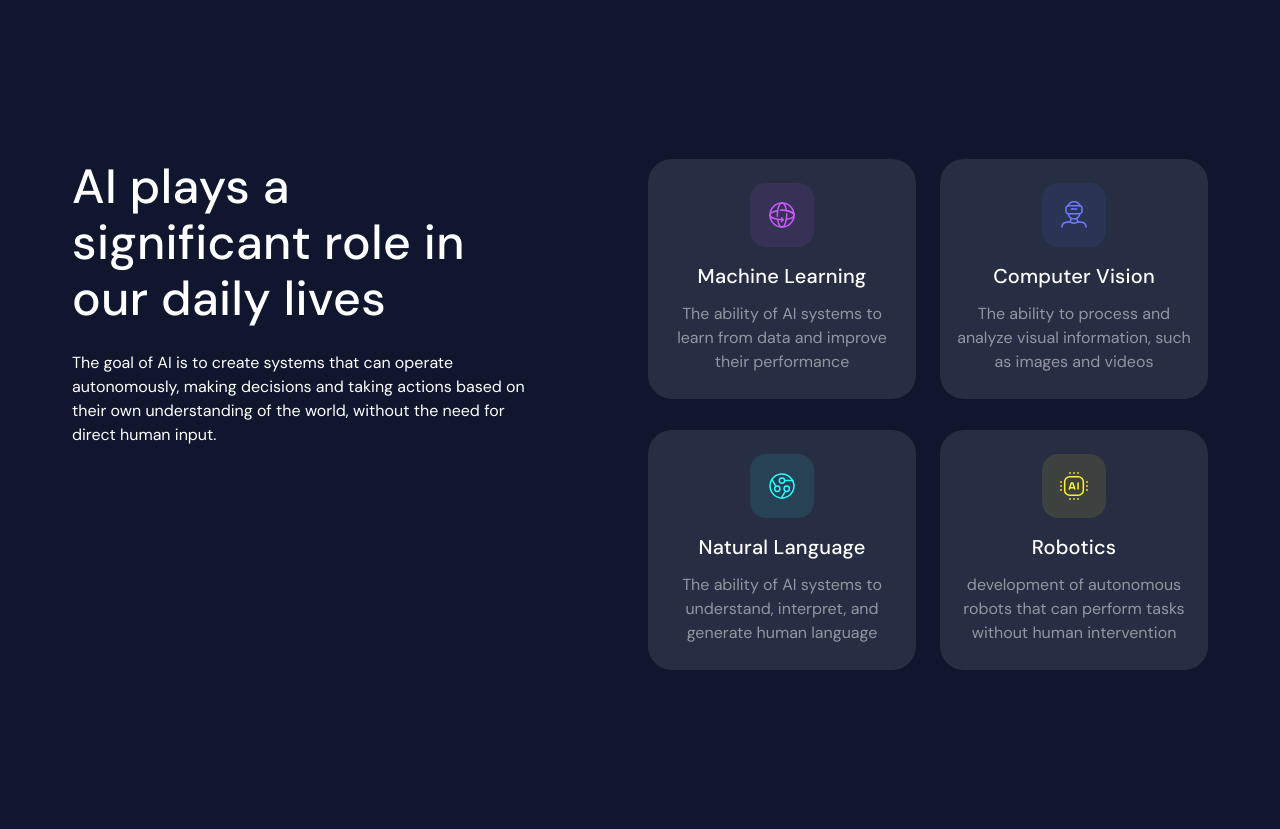
Repository: alphatra/INVO-Academy
Page: / (app in [lvl 1] Sekcja 4 obszarów AI/Starter-code/)
The author's editor kept a copy of each file at every save. The page is drawn from the files as they stood at one save, then again after the next save.
The browser window is 1280 px wide. The pictures show the whole page.
The project was rebuilt for these pictures with package versions that can differ from the ones it lists, and the page was loaded fresh each time.

Above is the page before, as saved 2023-03-24 17:41:59.

After the next save:
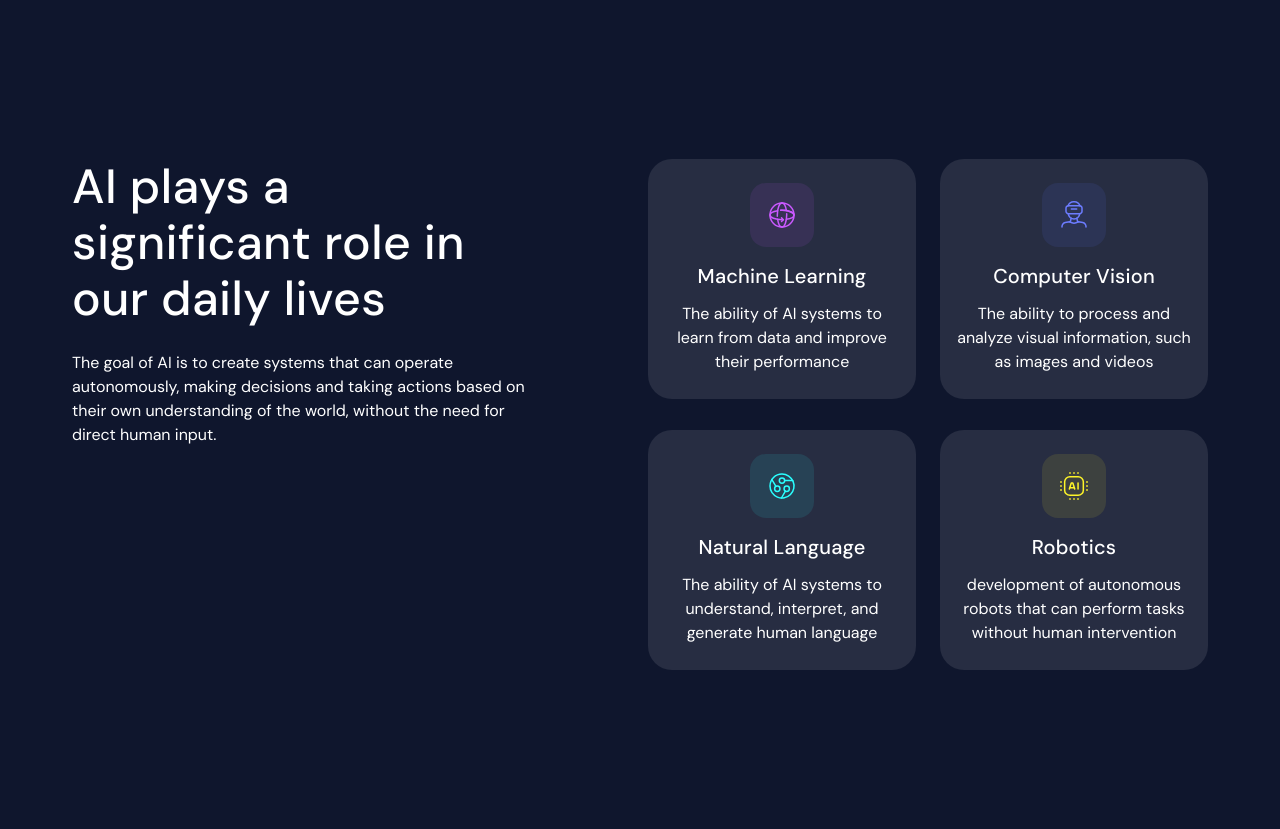
Saved 72 s later.
--- a/[lvl 1] Sekcja 4 obszarów AI/Starter-code/src/pages/home-page/styles/home-page.scss
+++ b/[lvl 1] Sekcja 4 obszarów AI/Starter-code/src/pages/home-page/styles/home-page.scss
@@ -15,7 +15,7 @@
     --font-style-main: normal;
     --gap: 109px;
     --margin: 159px auto;
-    --padding-hero: 0 16px;
+    --padding-block: 0 16px;
     --padding-category: 24px 0;
     --category-width: 268px;
     --category-height: 240px;
@@ -41,7 +41,7 @@ h1,p,span {
 .hero {
     max-width: 1136px;
     margin: var(--margin);
-    padding: var(--padding-hero);
+    padding: var(--padding-block);
     display: flex;
     justify-content: center;
     gap: var(--gap);
@@ -107,8 +107,8 @@ h1,p,span {
             font-size: var(--category-description-size);
             font-weight: var(--font-weight-sub);
             line-height: 24px;
-            padding: 0 16px;
-            opacity: 0.5;
+            padding: var(--padding-block);
+            color: var(--color-category);
         }
     }
 }
